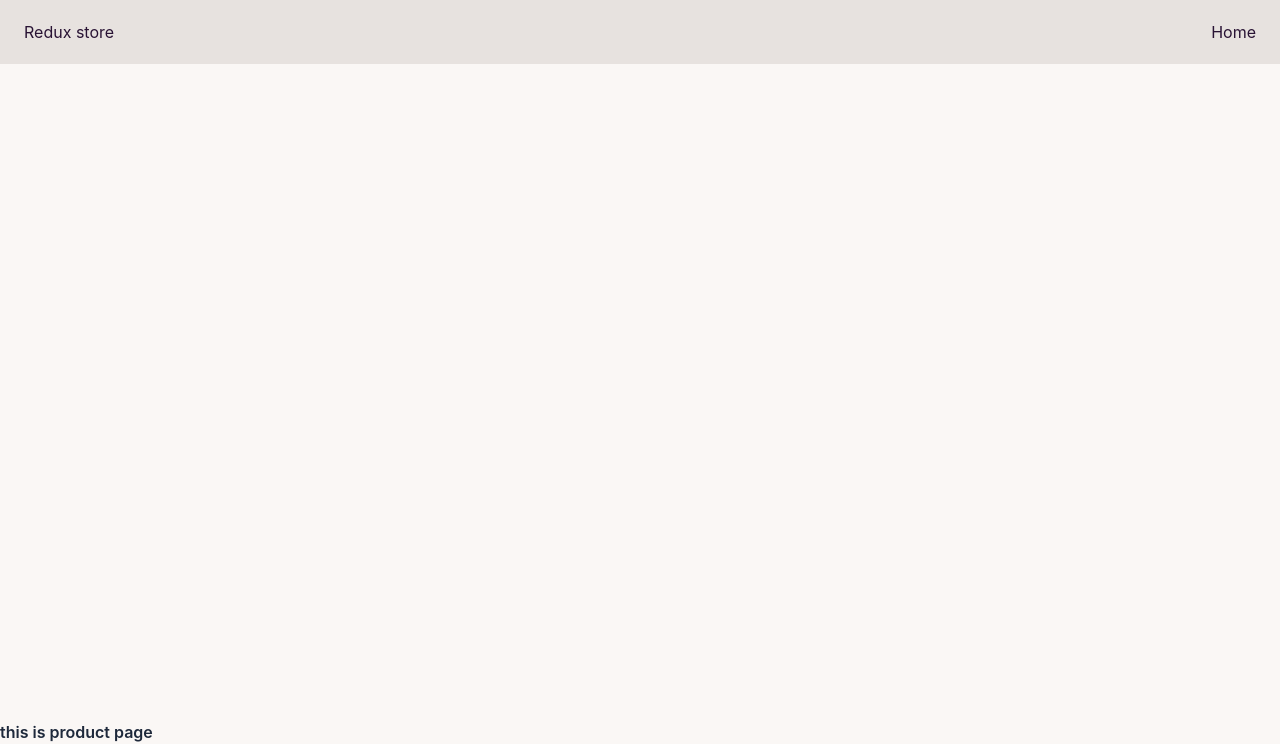
Repository: Tanvir3744/admin-portal
Page: /
The author's editor kept a copy of each file at every save. The page is drawn from the files as they stood at one save, then again after the next save.
The browser window is 1280 px wide. The pictures show the whole page.
The project was rebuilt for these pictures with package versions that can differ from the ones it lists, and the page was loaded fresh each time.

Above is the page before, as saved 2022-07-22 20:18:40.

After the next save:
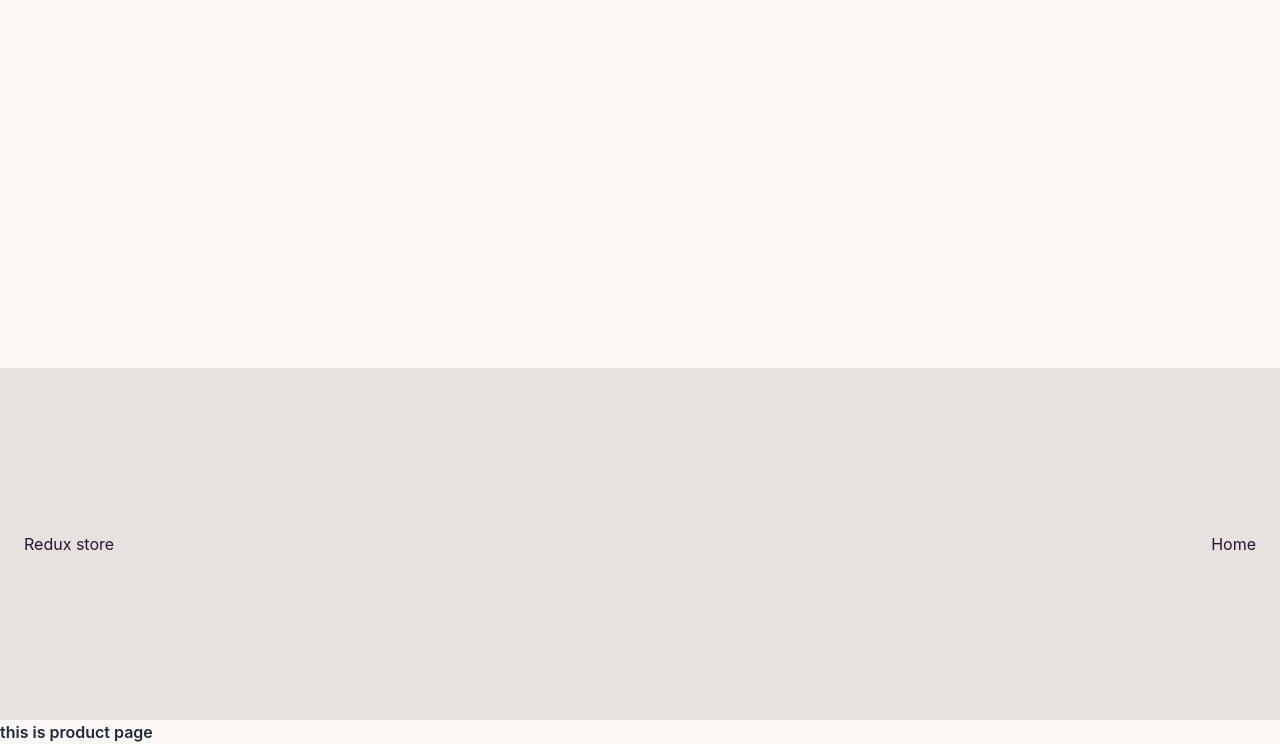
Saved 24 s later.
--- a/src/components/Header/Header.js
+++ b/src/components/Header/Header.js
@@ -8,24 +8,24 @@ const Header = () => {
         <div>
             <div class="drawer">
                 <input id="my-drawer-3" type="checkbox" class="drawer-toggle" />
-                <div class="drawer-content flex flex-col">
 
-                    <div class="w-full navbar bg-base-300">
-                        <div class="flex-none lg:hidden">
-                            <label for="my-drawer-3" class="btn btn-square btn-ghost">
-                                <svg xmlns="http://www.w3.org/2000/svg" fill="none" viewBox="0 0 24 24" class="inline-block w-6 h-6 stroke-current"><path stroke-linecap="round" stroke-linejoin="round" stroke-width="2" d="M4 6h16M4 12h16M4 18h16"></path></svg>
-                            </label>
-                        </div>
-                        <div class="flex-1 px-2 mx-2">
-                            Redux store
-                        </div>
-                        <div class="flex-none hidden lg:block">
-                            <ul class="menu menu-horizontal">
-                                {menuItem}
-                            </ul>
-                        </div>
+
+                <div class="w-full navbar bg-base-300">
+                    <div class="flex-none lg:hidden">
+                        <label for="my-drawer-3" class="btn btn-square btn-ghost">
+                            <svg xmlns="http://www.w3.org/2000/svg" fill="none" viewBox="0 0 24 24" class="inline-block w-6 h-6 stroke-current"><path stroke-linecap="round" stroke-linejoin="round" stroke-width="2" d="M4 6h16M4 12h16M4 18h16"></path></svg>
+                        </label>
+                    </div>
+                    <div class="flex-1 px-2 mx-2">
+                        Redux store
+                    </div>
+                    <div class="flex-none hidden lg:block">
+                        <ul class="menu menu-horizontal">
+                            {menuItem}
+                        </ul>
                     </div>
                 </div>
+
                 <div class="drawer-side">
                     <label for="my-drawer-3" class="drawer-overlay"></label>
                     <ul class="menu p-4 overflow-y-auto w-80 bg-base-100">
